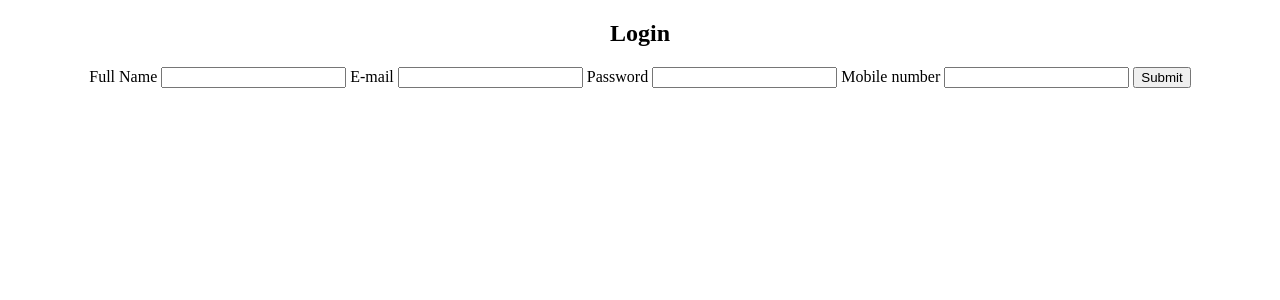
Repository: adiganaveen/Servlets
Page: LoginRegistrationApp/WebContent/registration.html
These files come from the project's save history. The page is drawn as it stood at one moment and after the next save; the edit follows.
The browser window is 1280 px wide. The pictures show the whole page.

Above is the page before, as saved 2019-01-22 08:47:13.

### LoginRegistrationApp/WebContent/registration.html
<!DOCTYPE html>
<html>
<head>
<meta charset="UTF-8">
<title>Registration</title>
</head>
<body>
	<form action="login" method="post">
	<h2><center>Login</center></h2>
		<div align="center">
			<label>Full Name</label> <input type="text" name="name" required>
			<label>E-mail</label> <input type="text" name="email" required>
			<label>Password</label> <input type="password" name="password"
				required> <label>Mobile number</label> <input type="text"
				name="number" required> <input type="submit">
		</div>
	</form>
</body>
</html>

After the next save:
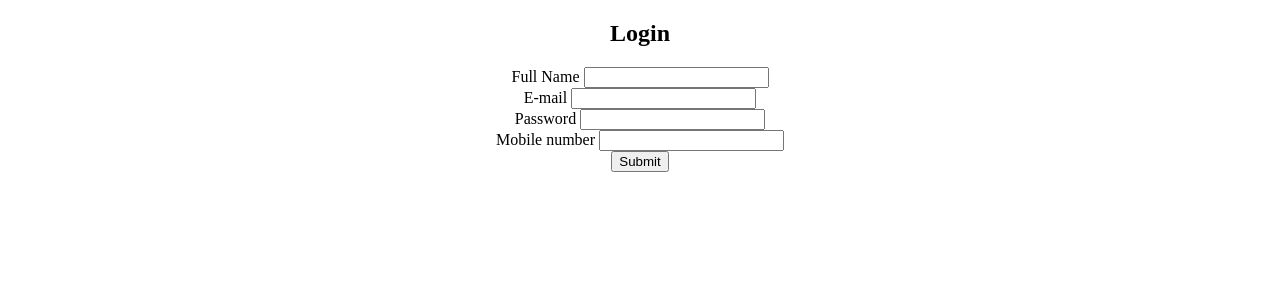
Saved 15 min 36 s later.
--- a/LoginRegistrationApp/WebContent/registration.html
+++ b/LoginRegistrationApp/WebContent/registration.html
@@ -8,11 +8,11 @@
 	<form action="login" method="post">
 	<h2><center>Login</center></h2>
 		<div align="center">
-			<label>Full Name</label> <input type="text" name="name" required>
-			<label>E-mail</label> <input type="text" name="email" required>
-			<label>Password</label> <input type="password" name="password"
-				required> <label>Mobile number</label> <input type="text"
-				name="number" required> <input type="submit">
+			<div><label>Full Name</label> <input type="text" name="name" required></div>
+			<div><label>E-mail</label> <input type="text" name="email" required></div>
+			<div><label>Password</label> <input type="password" name="password"
+				required></div> <div><label>Mobile number</label> <input type="text"
+				name="number" required></div> <div><input type="submit"></div>
 		</div>
 	</form>
 </body>
